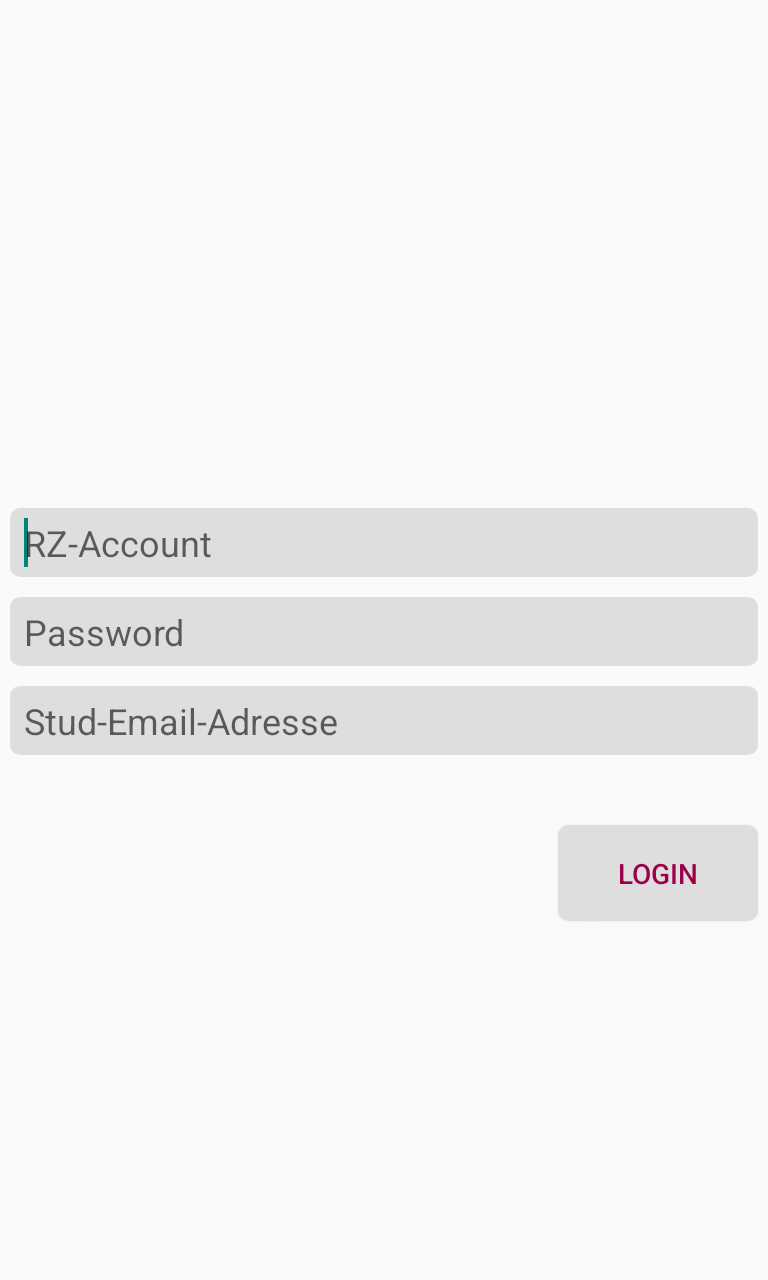
Repository: Kinderfest/Uni
Layout: CampusApp1.5/res/layout/login_layout.xml
The author's editor kept a copy of each file at every save. The layout is drawn from the files as they stood at one save, then again after the next save.
It is drawn on a 768 x 1280 px phone screen (xhdpi) without system bars, with theme AppTheme; the app's code is not run.

Above is the layout before, as saved 2014-09-28 18:45:10.

After the next save:
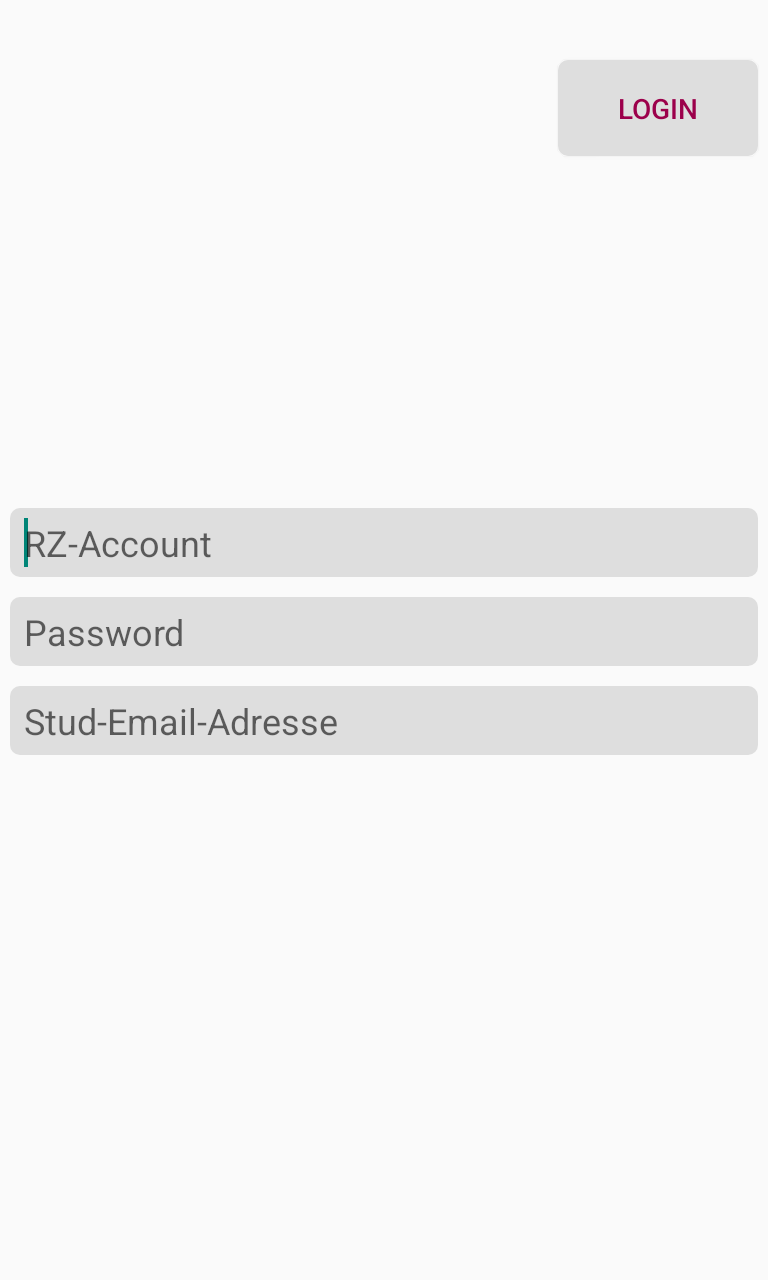
Saved 4 s later.
--- a/CampusApp1.5/res/layout/login_layout.xml
+++ b/CampusApp1.5/res/layout/login_layout.xml
@@ -65,7 +65,7 @@
         android:background="@drawable/login_edit_text"
         android:textColor="@color/heidenelke"
         android:layout_alignRight="@+id/editTextEmail"
-        android:layout_alignTop="@id/text"
+        android:layout_alignTop="@id/textViewExtraEmail"
         android:layout_marginTop="30dp"
         android:layout_width="100dp"
         android:layout_height="wrap_content"

After the 2 saves that followed:
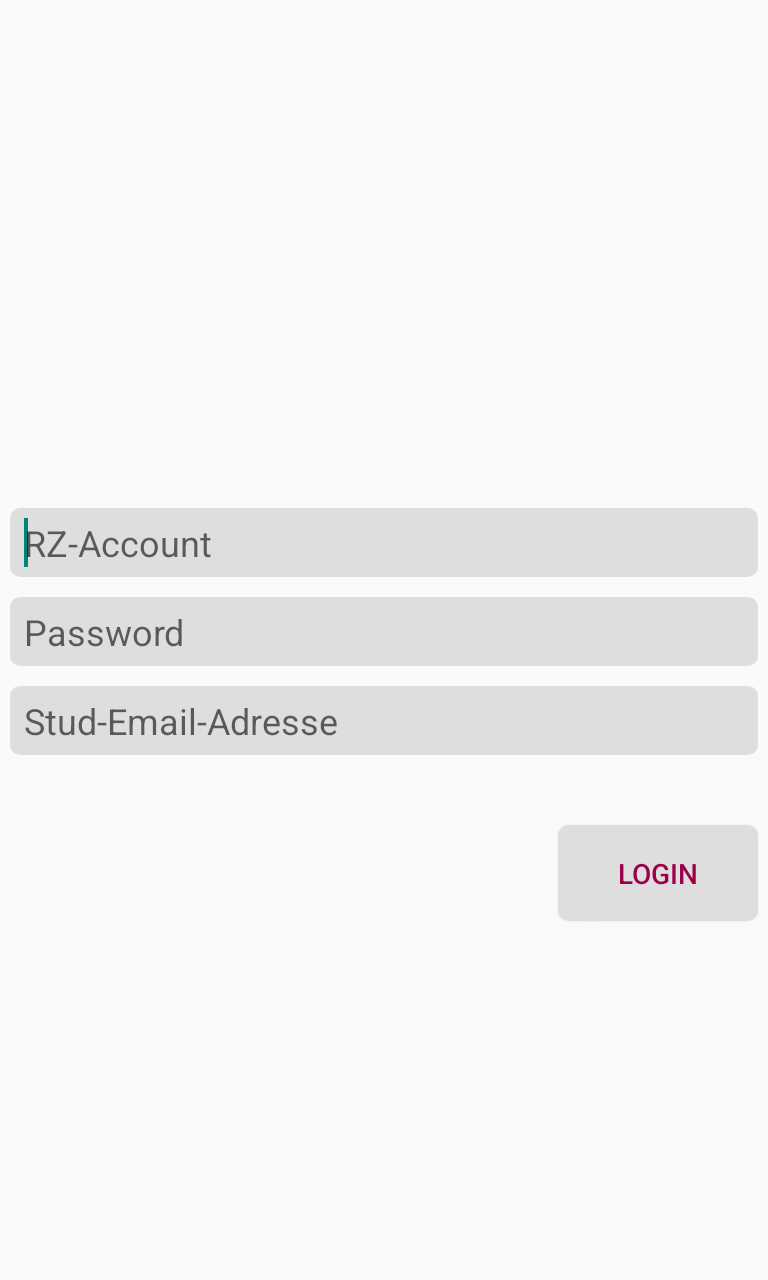
The 2 saves are shown as one change because 1 left the picture as it was.
The last was saved 62 s later.
--- a/CampusApp1.5/res/layout/login_layout.xml
+++ b/CampusApp1.5/res/layout/login_layout.xml
@@ -52,10 +52,14 @@
         android:hint="Stud-Email-Adresse"
         android:inputType="textEmailAddress"
         android:layout_marginBottom="50dp"/>
+
+
     <TextView
         android:id="@+id/textViewExtraEmail"
         android:textColor="@color/heidenelke"
         android:layout_alignParentLeft="true"
+        android:layout_below="@id/editTextEmail"
+        android:text="@string/mainActivity_extraHintEmail"
         />
 
 
